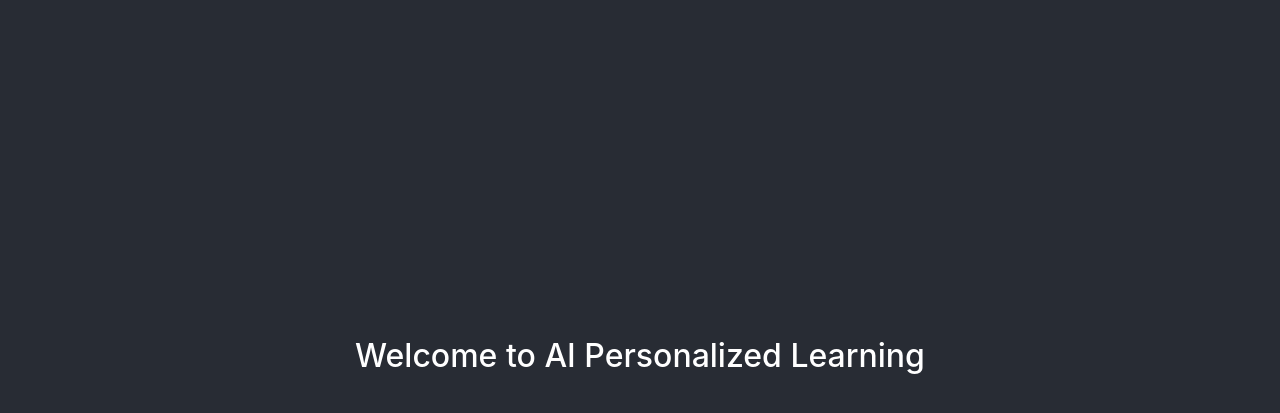
Repository: SP23-CSCE482/team_hunnid_app
Page: /
These files come from the project's save history. The page is drawn as it stood at one moment and after a run of saves; the edit follows.
The browser window is 1280 px wide. The pictures show the whole page.
The project was rebuilt for these pictures with package versions that can differ from the ones it lists, and the page was loaded fresh each time.

Above is the page before, as saved 2023-02-07 21:33:05.

After the next 4 saves:
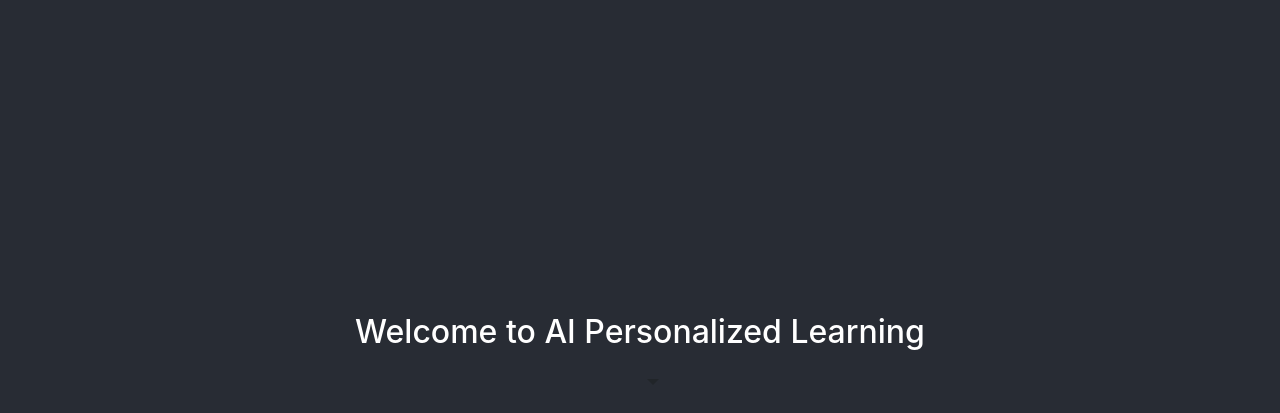
The 4 saves are shown as one change because 3 did not build or start.
The last was saved 22 h 26 min later.
--- a/src/App.js
+++ b/src/App.js
@@ -1,11 +1,40 @@
-import logo from './logo.svg';
-import './App.css';
+import logo from './logo.svg'
+import './App.css'
 
 function App() {
   return (
     <div className="App">
       <header className="App-header">
         <h2>Welcome to AI Personalized Learning</h2>
+        <div className="btn-group">
+          <button
+            className={`text-capitalize btn btn-lg"`}
+            type="button"
+          ></button>
+          <button
+            type="button"
+            className={`btn btn-lg dropdown-toggle dropdown-toggle-split`}
+            data-bs-toggle="dropdown"
+            aria-expanded="false"
+          >
+            <span className="visually-hidden">Toggle Dropdown</span>
+          </button>
+          <div className="dropdown-menu">
+            <a className="dropdown-item" onClick={() => setTheme('primary')}>
+              Primary Theme
+            </a>
+            <a className="dropdown-item" onClick={() => setTheme('danger')}>
+              Danger Theme
+            </a>
+            <a className="dropdown-item" onClick={() => setTheme('success')}>
+              Success Theme
+            </a>
+            <div className="dropdown-divider"></div>
+            <a className="dropdown-item" href="#" onClick={() => resetTheme()}>
+              Default Theme
+            </a>
+          </div>
+        </div>
       </header>
       {/* <header className="App-header">
         <img src={logo} className="App-logo" alt="logo" />
@@ -22,7 +51,7 @@
         </a>
       </header> */}
     </div>
-  );
+  )
 }
 
-export default App;
+export default App
